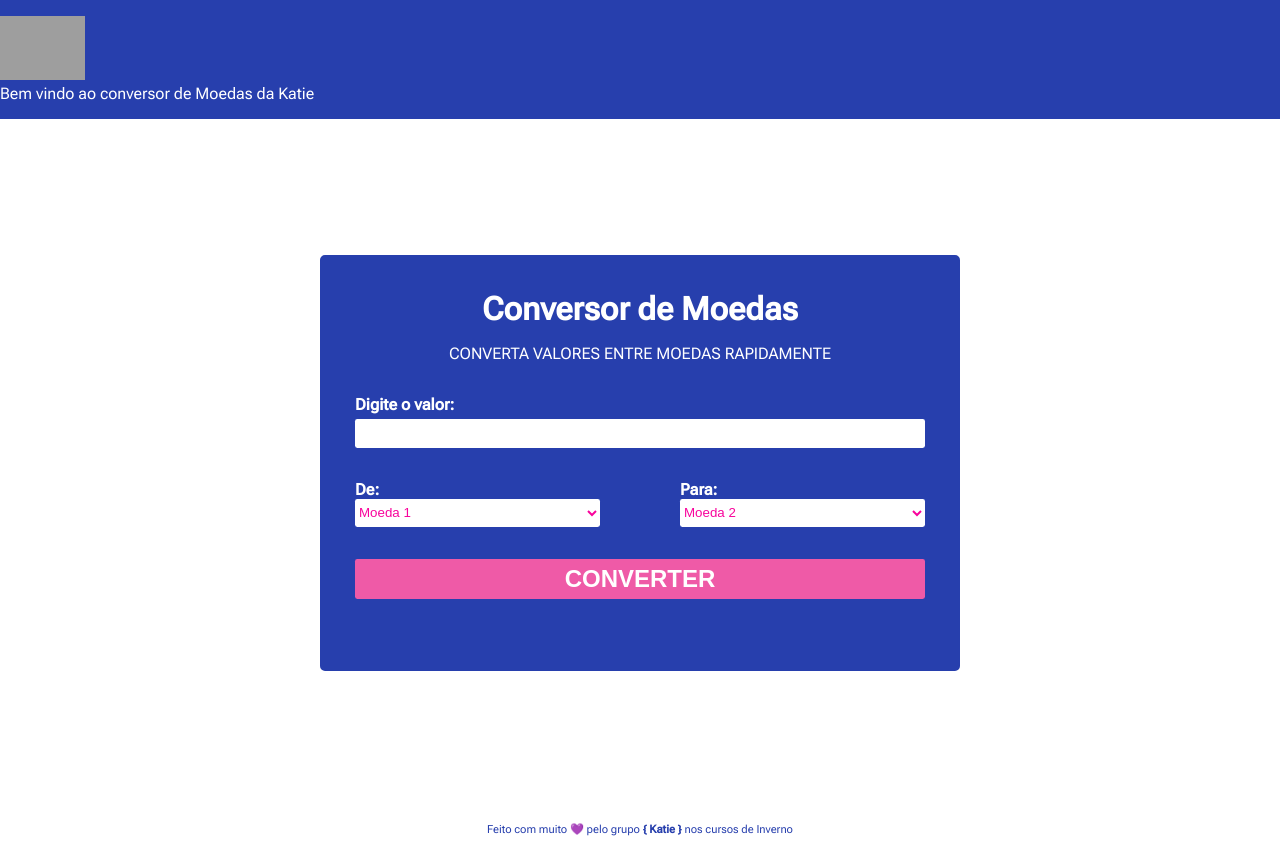
Repository: willamesalmeida/Conversor-de-Moedas
Page: index.html
The author's editor kept a copy of each file at every save. The page is drawn from the files as they stood at one save, then again after the next save.
The browser window is 1280 px wide. The pictures show the whole page.
Pictures or frames that could not be fetched are drawn as grey boxes.

Above is the page before, as saved 2022-08-07 14:04:30.

### index.html
<!DOCTYPE html>
<html lang="pt-br">
<head>
    <meta charset="UTF-8" />
    <meta name="viewport" content="width=device-width, initial-scale=1.0">
    <link rel="stylesheet" href="./global.css">
    <link rel="stylesheet" href="./styles.css">
    <title>Conversor de moedas KATIE</title>
</head>
<body>
    <script src="script.js"></script>

    <header class="cabecalho">
        <img class="gif-katie" src="https://ic.ufal.br/extensao/katie/resources/logoanim.gif"/>
        <p>Bem vindo ao conversor de Moedas da Katie</p>
    </header>
    <main class="container">
        <section class="card">
            <header>
                <h2 class="titulo">Conversor de Moedas</h2>
                CONVERTA VALORES ENTRE MOEDAS RAPIDAMENTE
            </header>

            <section class="valor">
                <label>Digite o valor:</label>
                <input type="number" id="valor_inicial">
            </section>

            <section class="conversao">
                <div  class="converter-de">
                    <label>De:</label>
                    <select name="moedasde" id="moedasde">
                        <option value="de">Moeda 1</option>
                        <option value="USD">Dolar</option>
                        <option value="BRL">Real</option>
                        <option value="EUR">Euro</option>
                      </select>
                </div>

                <div class="converter-para">
                    <label>Para:</label>
                    <select name="moedaspara" id="moedaspara">
                        <option value="para">Moeda 2</option>
                        <option value="USD">Dolar</option>
                        <option value="BRL">Real</option>
                        <option value="EUR">Euro</option>
                      </select>
                </div>

            </section>
            <button type="submit" onclick="Converter()">CONVERTER</button>

            <span id="resultado" class="resultado"></span>

        </section>

    </main>

    <footer>
        Feito com muito &#128156 pelo grupo <strong>{ Katie }</strong> nos cursos de Inverno
    </footer>


</body>
</html>

### global.css
@import url('https://fonts.googleapis.com/css2?family=Roboto+Flex:opsz,wght@8..144,400;8..144,500&family=Roboto:ital,wght@0,100;0,300;0,400;0,500;0,700;0,900;1,100;1,300;1,400;1,500;1,700;1,900&display=swap');
:root {
  --rosa-katie: #f8049c;
  --amarelo-katie: #fdd54f;
  --cinza-katie: #1f1f24;
  --rosa-claro: #EF5AA7;
  --branco:  #ffffff;
  --blue: #273fad;
}

* {
  margin: 0;
  padding: 0;
  box-sizing: border-box;
}

body {
  font-family: 'Roboto 400', sans-serif;
  font-family: 'Roboto Flex', sans-serif;
  color: #ffffff;
}

### styles.css
.cabecalho {
  background: var(--blue);
  padding: 1rem 0;
}

.gif-katie {
  height: 4rem;
}

.container {
  padding: 2.5rem 1rem;
}

.card {
  background: var(--blue);
  width: 40rem;
  height: 26rem;
  border: 3px solid var(--blue);
  border-radius: 5px;
  padding: 2rem;
  margin: 6rem auto;
}

header h2 {
  font-size: 2rem;
}

.titulo {
  margin-bottom: 1rem;
}

.card header {
  text-align: center;
}

.valor {
  margin: 2rem 0;
  display: flex;
  flex-direction: column;
}

label {
  font-size: 1rem;
  font-weight: bold;
  margin-bottom: 0.3rem;
}

input,
select {
  border: none;
  border-radius: 0.15rem;
  height: 1.8rem;
  width: 100%;
  background: var(--branco);
  color: var(--rosa-katie)
}

input {
    padding: 0.8rem;
}

.conversao {
    width: 100%;
    margin: 2rem 0;
    display: flex;
    flex-direction: row;
  }

.converter-de,
.converter-para {
  width: 100%;
}

.converter-de {
  margin-right: 2.5rem;
}

.converter-para {
  margin-left: 2.5rem;
}

button {
  background: var(--rosa-claro);
  border: none;
  border-radius: 0.15rem;
  width: 100%;
  height: 2.5rem;
  cursor: pointer;
  color: var(--branco);
  font-weight: bold;
  font-size: 1.5rem;
  transition: 0.5s;
  margin-bottom: 1rem;
}

#resultado {
    font-weight: bold;
    color: var(--amarelo-katie);
    font-size: 1.5rem;
    text-align: center;
}

button:hover {
  filter: brightness(0.8);
}

footer {
    margin: 1rem 0;
    color: var(--blue);
    font-size: 0.70rem;
    text-align: center;
}

### script.js
function Converter() {
  let input = parseFloat(document.getElementById("valor_inicial").value);
  let output = document.getElementById("resultado");
  let de = document.getElementById("moedasde");
  let para = document.getElementById("moedaspara");

  console.log(de.value);

  //Reais
  if (de.value == "BRL" && para.value != "Moeda 2") {
    let valorEmReais = input;
    let valor;
    if (para.value == "BRL") {
      valor = "O valor em reais é: R$" + valorEmReais.toFixed(2);
    } else if (para.value == "EUR") {
      valor = "O valor em euros é: €" + (valorEmReais * 0.1885).toFixed(2);
    } else if (para.value == "USD") {
      valor = "O valor em dólar é: $" + (valorEmReais * 0.1917).toFixed(2);
    }
    output.innerHTML = valor;
  } else if (de.value == "EUR" && para.value != "Moeda 2") {
    let valorEmEuros = input;
    let valor;

    if (para.value == "EUR") {
      valor = "O valor em euros é: €" + valorEmEuros.toFixed(2);
    } else if (para.value == "USD") {
      valor = "O valor em dólar é: $" + (valorEmEuros * 1.0167).toFixed(2);
    } else if (para.value == "BRL") {
      valor = "O valor em reais é: R$" + (valorEmEuros * 5.303).toFixed(2);
    }
    output.innerHTML = valor;
  } else if (de.value == "USD" && para.value != "Moeda 2") {
    console.log("entrou no else is do dolar");
    let valorEmDolar = input;
    let valor;

    if (para.value == "USD") {
      valor = "O valor em dólar é: $" + valorEmDolar.toFixed(2);
    } else if (para.value == "BRL") {
      valor = "O valor em dólar é: R$" + (valorEmDolar * 5.2159).toFixed(2);
    } else if (para.value == "EUR") {
      valor = "O valor em dólar é: €" + (valorEmDolar * 0.9832).toFixed(2);
    }
    output.innerHTML = valor;
  } else {
    output.innerHTML = "";
  }
}

After the next save:
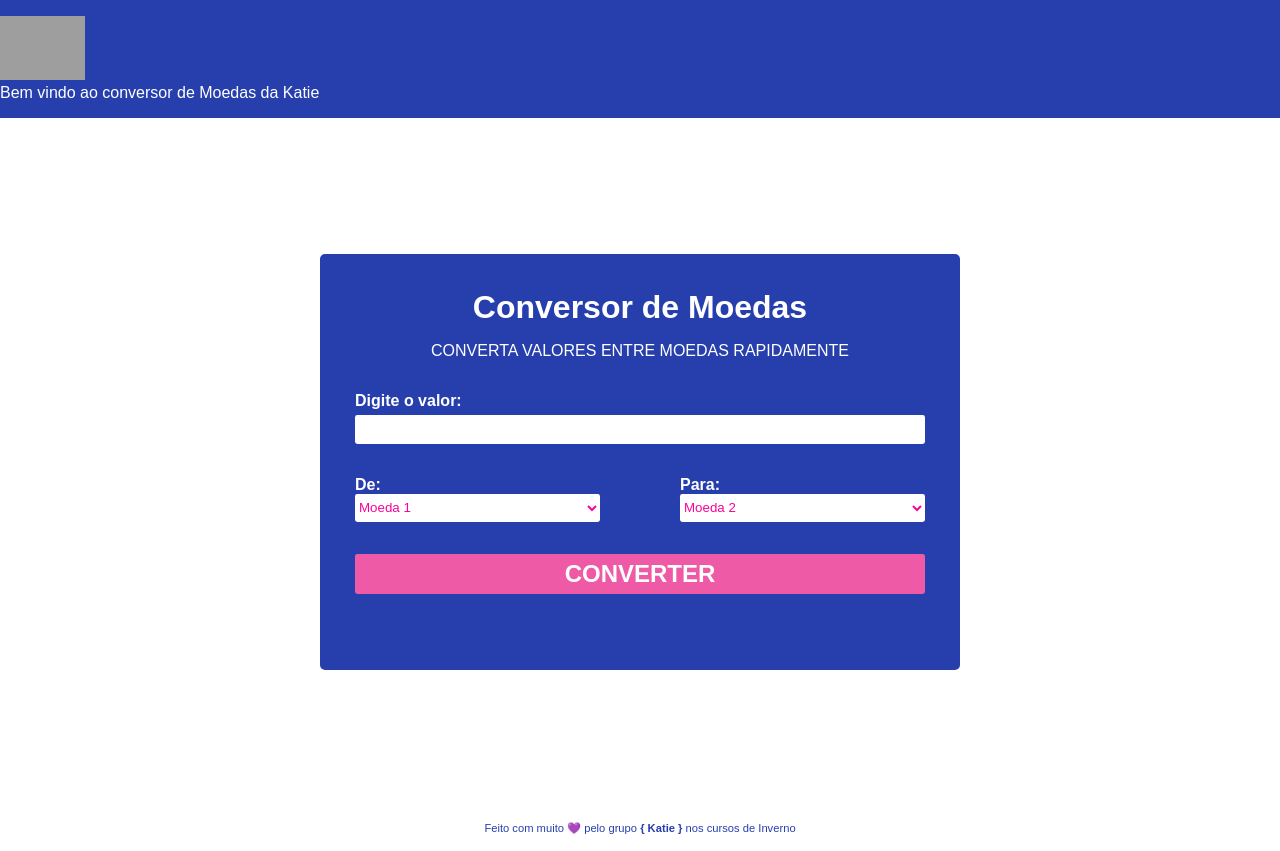
Saved 6 s later.
--- a/global.css
+++ b/global.css
@@ -16,6 +16,6 @@
 
 body {
   font-family: 'Roboto 400', sans-serif;
-  font-family: 'Roboto Flex', sans-serif;
+  font-family: 'Roboto Flex 400', sans-serif;
   color: #ffffff;
 }
